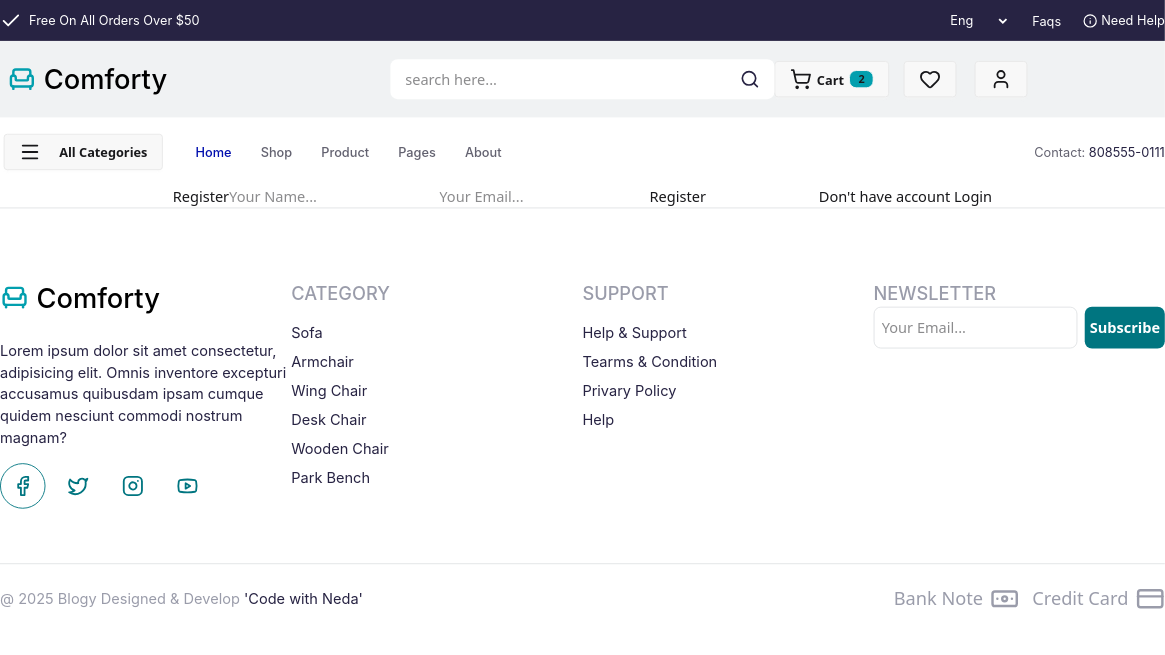
Repository: Neda0o0/store-template-website
Page: /auth/register
These files come from the project's save history. The page is drawn as it stood at one moment and after the next save; the edit follows.
The browser window is 1280 px wide. The pictures show the whole page, at 91% of full size.
The project was rebuilt for these pictures with package versions that can differ from the ones it lists, and the page was loaded fresh each time. Also part of the build but not shown: vite.config.js, src/components/Banner/Banner.jsx, src/components/Delivery/Delivery.jsx, src/components/Brand/Brand.jsx, src/components/SectionTitle/SectionTitle.jsx, src/components/Features/Features.jsx, src/components/Categories/Categories.jsx, src/components/Product/Product.jsx and 6 more.

Above is the page before, as saved 2025-10-27 17:39:07.

### index.html
<!DOCTYPE html>
<html lang="en">
  <head>
    <meta charset="UTF-8" />
    <link rel="icon" type="image/svg+xml" href="/vite.svg" />
    <meta name="viewport" content="width=device-width, initial-scale=1.0" />
    <title>new-project</title>
  </head>
  <body>
    <div id="root"></div>
    <script type="module" src="/src/main.jsx"></script>
  </body>
</html>

### src/main.jsx
import { StrictMode } from "react";
import { createRoot } from "react-dom/client";
import MainLayout from "./MainLayout/MainLayout";
import "./index.css";

createRoot(document.getElementById("root")).render(
  <StrictMode>
    <MainLayout />
  </StrictMode>
);

### src/MainLayout/MainLayout.jsx
import { BrowserRouter, Route, Routes } from "react-router";
import Navbar from "../components/Navbar/Navbar";
import Home from "../Pages/Home/Home";
import Auth from "../Pages/Auth/Auth";
import Login from "../Pages/Auth/Login/Login";
import Register from "../Pages/Auth/Register/Register";
import Error from "../Pages/Error/Error";
import AuthCheck from "../AuthCheck/AuthCheck";
import Footer from "../components/Footer/Footer";

const MainLayout = () => {
  return (
    <BrowserRouter>
      {/* Navbar */}
      <Navbar />
      <Routes>
        <Route
          path="/"
          element={
            <AuthCheck>
              <Home />
            </AuthCheck>
          }
        />
        <Route path="auth" element={<Auth />}>
          <Route path="login" element={<Login />} />
          <Route path="register" element={<Register />} />
        </Route>
        {/* not found routes */}
        <Route path="*" element={<Error />} />
      </Routes>
      {/* footer component */}
      <Footer />
    </BrowserRouter>
  );
};
export default MainLayout;

### src/index.css
@import "tailwindcss";
@plugin "daisyui";

/* google font inter */
@import url("https://fonts.googleapis.com/css2?family=Inter:ital,opsz,wght@0,14..32,100..900;1,14..32,100..900&display=swap");

@theme {
  --font-inter: "Inter", sans-serif;
}

.banner_slide_item {
  display: flex !important;
  justify-content: space-between;
  align-items: center;
  gap: 7.5rem;
}

.banner_image {
  position: relative;
}
.banner_image::before {
  content: "";
  position: absolute;
  top: 0;
  right: 0;
  max-width: 747px;
  width: 100%;
  min-height: 747px;
  height: 100%;
  background-color: #e1e3e5;
  border-radius: 100%;
  z-index: -1;
}
.slider_container > .slick-slider > .slick-prev,
.slider_container > .slick-slider > .slick-next {
  z-index: 5 !important;
}
.slick-prev {
  left: -40px;
}
.slick-next {
  right: 0.25px;
}
.slider_container > .slick-slider > .slick-prev:before,
.slider_container > .slick-slider > .slick-next:before {
  font-family: "slick";
  font-size: 50px !important;
  line-height: 1;
  opacity: 0.75;
  color: #007580 !important;
  -webkit-font-smoothing: antialiased;
  -moz-osx-font-smoothing: grayscale;
}
.slider_container > .slick-slider > .slick-dots {
  position: absolute;
  bottom: 100px !important;
  display: block;
  width: 100%;
  padding: 0;
  margin: 0;
  list-style: none;
  text-align: center;
}
.slider_container > .slick-slider > .slick-dots li button:before {
  font-family: "slick";
  font-size: 22px !important;
  line-height: 20px;
  position: absolute;
  top: 0;
  left: 0;
  width: 20px;
  height: 20px;
  text-align: center;
  opacity: 0.25;
  color: black;
  -webkit-font-smoothing: antialiased;
  -moz-osx-font-smoothing: grayscale;
}
.slider_container
  > .slick-slider
  > .slick-dots
  > li.slick-active
  button:before {
  color: #007580 !important;
}
.delivery_component {
  margin-top: -4rem;
  position: relative;
  z-index: 5;
}

.features_slider
  > .slick-slider
  > .slick-prev:before
  > .features_slider
  > .slick-slider
  > .slick-next:before {
  font-size: 39px !important;
  color: #007580;
}

.client_say_description {
  position: relative;
}
.client_say_description::before {
  position: absolute;
  content: "";
  top: 0;
  left: -27px;
  width: 3px;
  height: 100%;
  background-color: #007580;
}

### src/components/Navbar/Navbar.jsx
import {
  Armchair,
  Check,
  Info,
  Search,
  ShoppingCart,
  Heart,
  User,
  Menu,
} from "lucide-react";
import { Link, NavLink } from "react-router-dom";

const Navbar = () => {
  return (
    <div>
      {/* navbar top */}
      <div className="navbar_top flex items-center justify-center bg-[#272343] w-full h-[45px]">
        <div className="lg:container flex justify-between items-center">
          <p className="flex items-center gap-2 text-sm font-inter font-normal text-white capitalize">
            <Check />
            Free on all orders over $50
          </p>
          <div className="navbar_top_right flex items-center gap-6">
            <select
              defaultValue="Server location"
              className=" bg-none h-[30px] w-[70px] text-sm font-inter font-normal capitalize text-white"
            >
              <option>Eng</option>
              <option>Farsi</option>
            </select>
            <button>
              <Link className="text-sm text-white font-inter font-normal capitalize ">
                Faqs
              </Link>
            </button>
            <button>
              <Link className="flex items-center gap-1 text-sm  text-white font-inter font-normal capitalize">
                <Info size={16} />
                Need help
              </Link>
            </button>
          </div>
        </div>
      </div>
      {/* navbar middle */}
      <div className="navbar middle flex items-center justify-center bg-[#f0f2f3] w-full h-[84px]">
        <div className="lg:container grid grid-cols-3 items-center">
          <div className="logo_wrapper">
            <Link
              to="/"
              className="text-3xl text-black font-inter font-medium capitalize flex items-center gap-2"
            >
              <Armchair size="2rem" color="#029fae" /> Comforty
            </Link>
          </div>
          <div className="search_box">
            <form action="#" className="max-w-[443px] h-[44px] relative">
              <input
                type="text"
                placeholder="search here..."
                className=" max-w-[443px] w-full h-full bg-white rounded-lg pl-4 "
              />
              <button className="absolute to-50% right-4 translate-y-1/2">
                <Search size="22px" color="#272343" />
              </button>
            </form>
          </div>
          {/* navbar middle right */}
          <div className="navbar_middle_right flex items-center gap-4">
            <button className="btn capitalize">
              <ShoppingCart /> cart
              <div className="badge badge-sm bg-[#029fae]">2</div>
            </button>
            <button className="btn capitalize">
              <Heart />
            </button>

            <div className="dropdown">
              <div tabIndex={0} role="button" className="btn m-1">
                <User />
              </div>
              <ul
                tabIndex="-1"
                className="dropdown-content menu bg-base-100 rounded-box z-1 w-52 p-2 shadow-sm"
              >
                <li>
                  <Link>Account</Link>
                </li>
                <li>
                  <Link>Logout</Link>
                </li>
              </ul>
            </div>
          </div>
        </div>
      </div>

      {/* navbar bottom */}
      <div className="navbar_bottom flex items-center justify-center w-full h-[75px] bg-white border-[#ele3e5]">
        <div className="lg:container flex items-center justify-between">
          <div className="navbar_bottom_left flex items-center gap-8">
            <div className="dropdown dropdown-start">
              <div
                tabIndex={0}
                role="button"
                className="btn m-1 flex items-center gap-5 capitalize"
              >
                <Menu /> all categories
              </div>
              <ul
                tabIndex="-1"
                className="dropdown-content menu bg-base-100 rounded-box z-1 w-52 p-2 shadow-sm"
              >
                <li>
                  <a>Chair</a>
                </li>
                <li>
                  <a>Pant</a>
                </li>
                <li>
                  <a>Shirt</a>
                </li>
                <li>
                  <a>T-shirt</a>
                </li>
              </ul>
            </div>
            <nav className="flex items-center gap-8">
              <NavLink
                to="/"
                className="text-sm text-[#020fae] font-inter font-medium capitalize"
              >
                Home
              </NavLink>
              <NavLink className="text-sm text-[#636270] font-inter font-medium capitalize">
                shop
              </NavLink>
              <NavLink className="text-sm text-[#636270] font-inter font-medium capitalize">
                product
              </NavLink>
              <NavLink className="text-sm text-[#636270] font-inter font-medium capitalize">
                pages
              </NavLink>
              <NavLink className="text-sm text-[#636270] font-inter font-medium capitalize">
                about
              </NavLink>
            </nav>
          </div>

          <div className="navbar_bottom_right">
            <p className="text-sm text-[#636270] font-inter font-normal capitalize">
              contact: <span className="text-[#272343]">{808}555-0111</span>
            </p>
          </div>
        </div>
      </div>
    </div>
  );
};
export default Navbar;

### src/Pages/Auth/Auth.jsx
import { Outlet } from "react-router";

const Auth = () => {
  return (
    <div>
      <Outlet />
    </div>
  );
};
export default Auth;

### src/Pages/Auth/Register/Register.jsx
import { Link } from "react-router";

const Register = () => {
  return (
    <div className="lg:container mx-auto">
      <div className="flex items-center w-full justify-center">
        <h3>Register</h3>
        <form action="#" className="max-w-[648px] w-full max-h-[382px]">
          <input type="text" placeholder="Your Name..." />
          <input type="email" placeholder="Your Email..." />
          <button type="submit">Register</button>
        </form>
        <p>
          Don't have account <Link to={"/auth/login"}>Login</Link>
        </p>
      </div>
    </div>
  );
};
export default Register;

### src/components/Footer/Footer.jsx
import {
  Armchair,
  Banknote,
  CreditCard,
  Facebook,
  Instagram,
  Twitter,
  Youtube,
} from "lucide-react";
import { Link } from "react-router";

const Footer = () => {
  return (
    <footer>
      <div className="footer_top mx-h-[343px] w-full border-t border-b border-[#e1e3e5] pt-[80px] pb-[60px]">
        <div className="lg:container mx-auto">
          <div className="grid grid-cols-4">
            <div>
              {/* logo wrapper */}
              <div className="logo_wrapper mb-7">
                <Link
                  to="/"
                  className="text-3xl text-black font-inter font-medium capitalize flex items-center gap-2"
                >
                  <Armchair size="2rem" color="#029fae" /> Comforty
                </Link>
              </div>

              <p className="text-base text-[#272343] font-inter font-normal mb-4 max-w-[350px]">
                Lorem ipsum dolor sit amet consectetur, adipisicing elit. Omnis
                inventore excepturi accusamus quibusdam ipsam cumque quidem
                nesciunt commodi nostrum magnam?
              </p>
              <div className="footer_social flex items-center gap-3">
                <Link className="p-3 rounded-full border-[#007580] inline-block border-[1px]">
                  <Facebook size="1.5rem" color="#007580" />
                </Link>
                <Link className="p-3 inline-block">
                  <Twitter size="1.5rem" color="#007580" />
                </Link>
                <Link className="p-3 inline-block">
                  <Instagram size="1.5rem" color="#007580" />
                </Link>
                <Link className="p-3 inline-block">
                  <Youtube size="1.5rem" color="#007580" />
                </Link>
              </div>
            </div>

            <div className="footer_wrapper">
              <h3 className="text-xl text-[#9a9caa] font-inter font-medium capitalize uppercase">
                category
              </h3>
              <ul className="space-y-2 mt-4">
                <li>
                  <Link className="text-base text-[#272343] font-inter font-normal capitalize">
                    sofa
                  </Link>
                </li>
                <li>
                  <Link className="text-base text-[#272343] font-inter font-normal capitalize">
                    armchair
                  </Link>
                </li>
                <li>
                  <Link className="text-base text-[#272343] font-inter font-normal capitalize">
                    wing chair
                  </Link>
                </li>
                <li>
                  <Link className="text-base text-[#272343] font-inter font-normal capitalize">
                    desk chair
                  </Link>
                </li>
                <li>
                  <Link className="text-base text-[#272343] font-inter font-normal capitalize">
                    wooden chair
                  </Link>
                </li>
                <li>
                  <Link className="text-base text-[#272343] font-inter font-normal capitalize">
                    park bench
                  </Link>
                </li>
              </ul>
            </div>
            <div className="footer_wrapper">
              <h3 className="text-xl text-[#9a9caa] font-inter font-medium uppercase">
                support
              </h3>
              <ul className="space-y-2 mt-4">
                <li>
                  <Link className="text-base text-[#272343] font-inter font-normal capitalize">
                    help & support
                  </Link>
                </li>
                <li>
                  <Link className="text-base text-[#272343] font-inter font-normal capitalize">
                    tearms & condition
                  </Link>
                </li>
                <li>
                  <Link className="text-base text-[#272343] font-inter font-normal capitalize">
                    privary policy
                  </Link>
                </li>
                <li>
                  <Link className="text-base text-[#272343] font-inter font-normal capitalize">
                    help
                  </Link>
                </li>
              </ul>
            </div>
            <div className="newsletter">
              <h3 className="text-xl text-[#9a9caa] font-inter font-medium uppercase">
                newsletter
              </h3>
              <form
                action="#"
                className="gap-2 flex items-center max-w-[424px] w-full"
              >
                <input
                  type="email"
                  placeholder="Your Email..."
                  className="max-w-[285px] pl-2 w-full border-[#e1e3e5] border-[1px] rounded-lg h-[46px]"
                />
                <button
                  type="submit"
                  className="cursor-pointer text-base text-white font-semibold capitalize w-[127px] h-[46px] bg-[#007580] rounded-lg"
                >
                  Subscribe
                </button>
              </form>
            </div>
          </div>
        </div>
      </div>

      <div className="footer_bottom w-full h-[75px] flex items-center">
        <div className="lg:container mx-auto">
          <div className="flex items-center justify-between ">
            <div>
              <p className="text-base text-[#9a9caa] font-inter font-normal">
                @ 2025 Blogy Designed & Develop
                <span className="text-[#272343] "> 'Code with Neda'</span>
              </p>
            </div>
            <div className="flex items-center gap-3.5">
              <p className="flex items-center gap-2 text-[#9a9caa] text-xl">
                Bank Note
                <Banknote size="2rem" />
              </p>
              <p className="flex items-center gap-2 text-[#9a9caa] text-xl">
                Credit Card
                <CreditCard size="2rem" />
              </p>
            </div>
          </div>
        </div>
      </div>
    </footer>
  );
};
export default Footer;

After the next save:
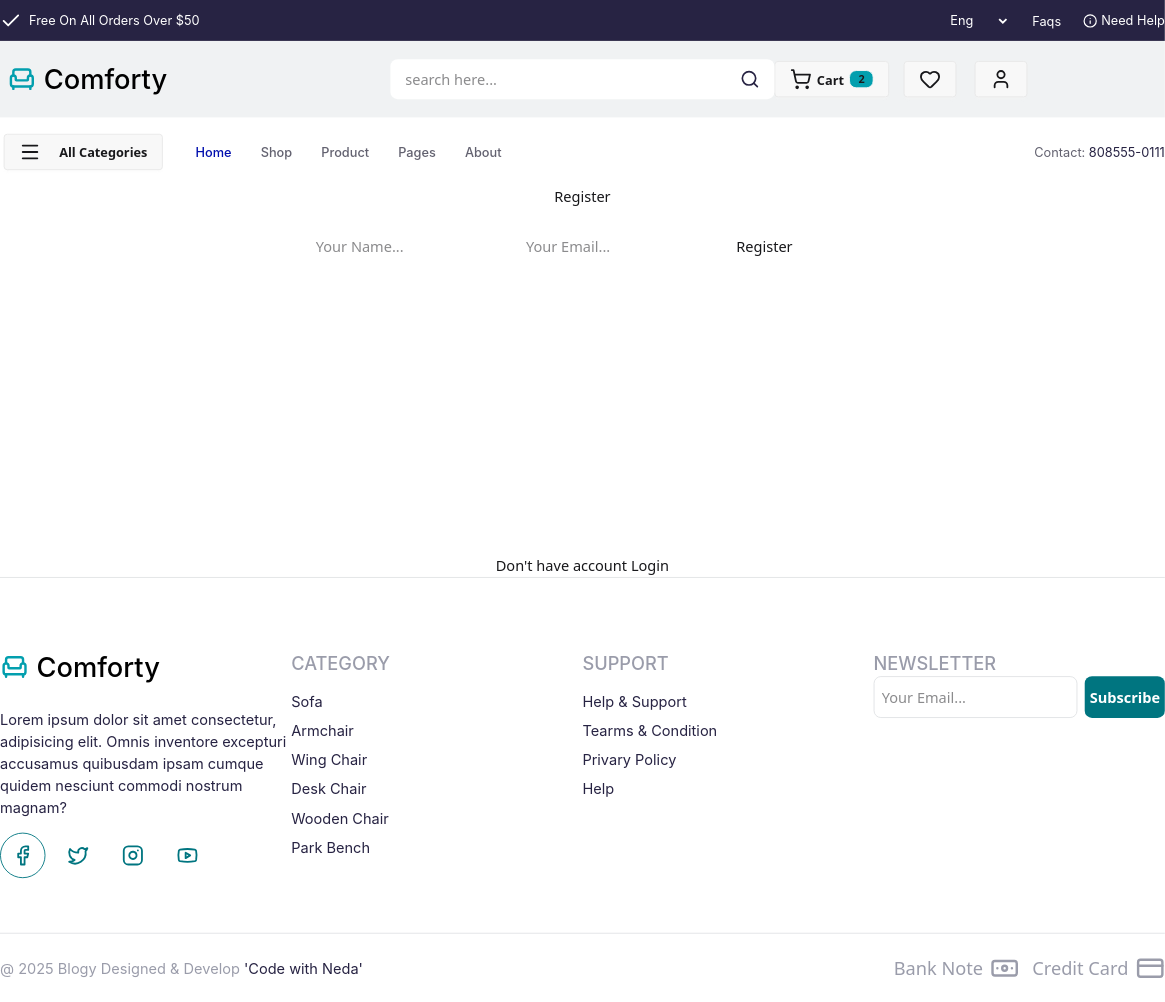
Saved 57 s later.
--- a/src/Pages/Auth/Register/Register.jsx
+++ b/src/Pages/Auth/Register/Register.jsx
@@ -3,10 +3,13 @@ import { Link } from "react-router";
 const Register = () => {
   return (
     <div className="lg:container mx-auto">
-      <div className="flex items-center w-full justify-center">
+      <div className="flex items-center w-full justify-center flex-col">
         <h3>Register</h3>
-        <form action="#" className="max-w-[648px] w-full max-h-[382px]">
-          <input type="text" placeholder="Your Name..." />
+        <form
+          action="#"
+          className="max-w-[648px] w-full min-h-[382px] p-[31px]"
+        >
+          <input type="text" placeholder="Your Name..." className="" />
           <input type="email" placeholder="Your Email..." />
           <button type="submit">Register</button>
         </form>
